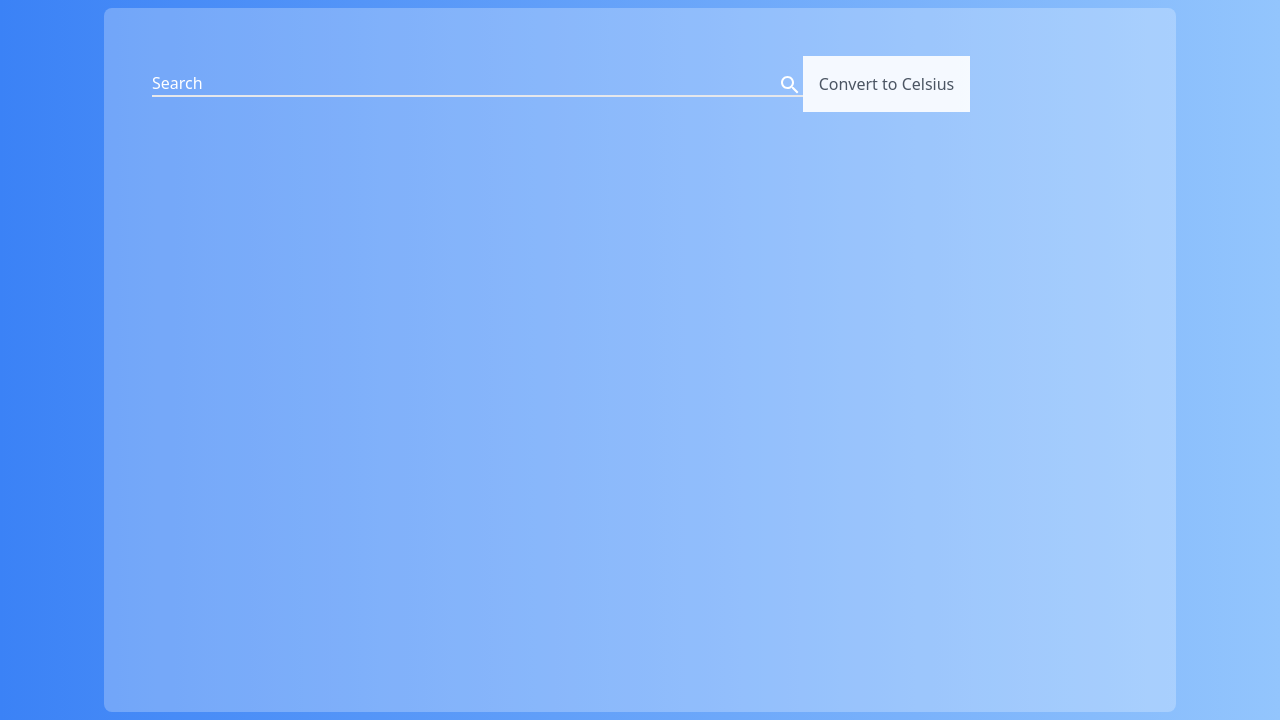
Repository: DevAntonioRogers/react-weatherapp-v2
Page: /
The author's editor kept a copy of each file at every save. The page is drawn from the files as they stood at one save, then again after the next save.
The browser window is 1280 px wide. The pictures show the whole page.
The project was rebuilt for these pictures with package versions that can differ from the ones it lists, and the page was loaded fresh each time. The framework's server and built-in components were replaced by stand-ins that run in the browser. Also part of the build but not shown: next.config.js.

Above is the page before, as saved 2023-05-18 23:21:55.

After the next save:
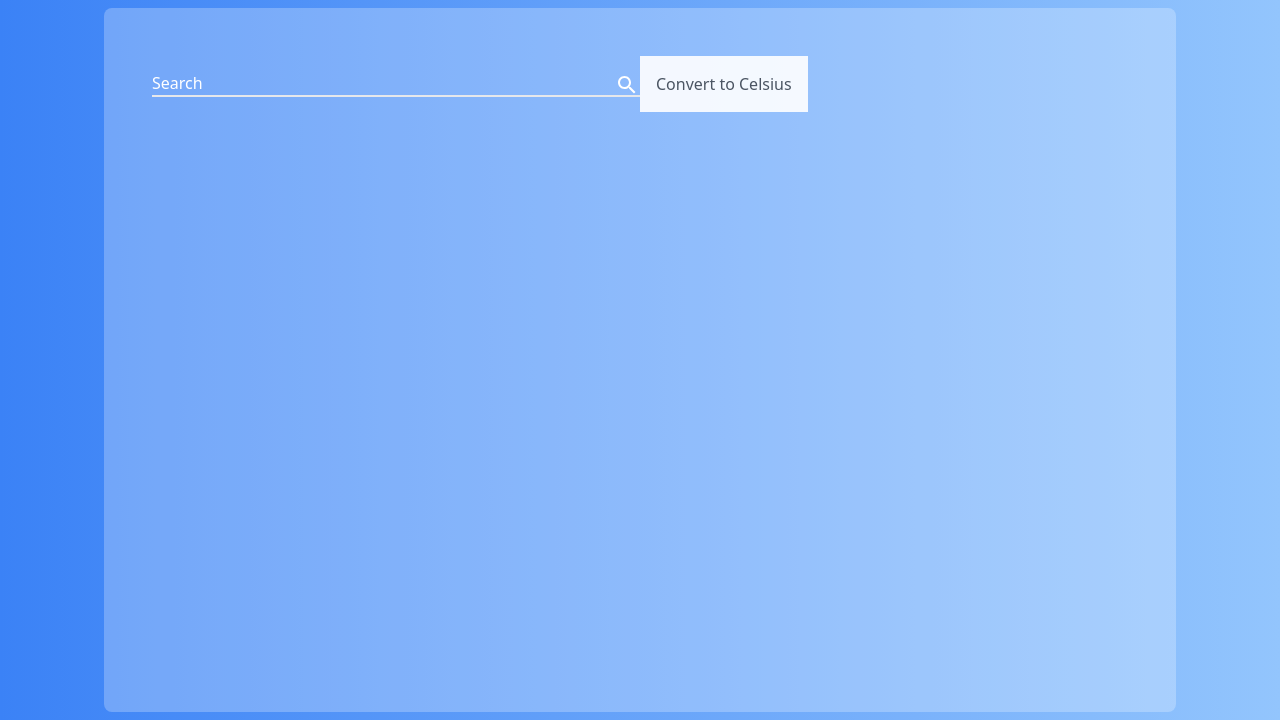
Saved 10 s later.
--- a/app/components/Input.tsx
+++ b/app/components/Input.tsx
@@ -4,7 +4,7 @@ import SearchIcon from "@mui/icons-material/Search";
 
 const Input = () => {
   return (
-    <form className="flex items-center w-full">
+    <form className="flex items-center w-1/2">
       <input
         type="text"
         className="w-full bg-transparent border-b-2 placeholder-white outline-none text-white"
